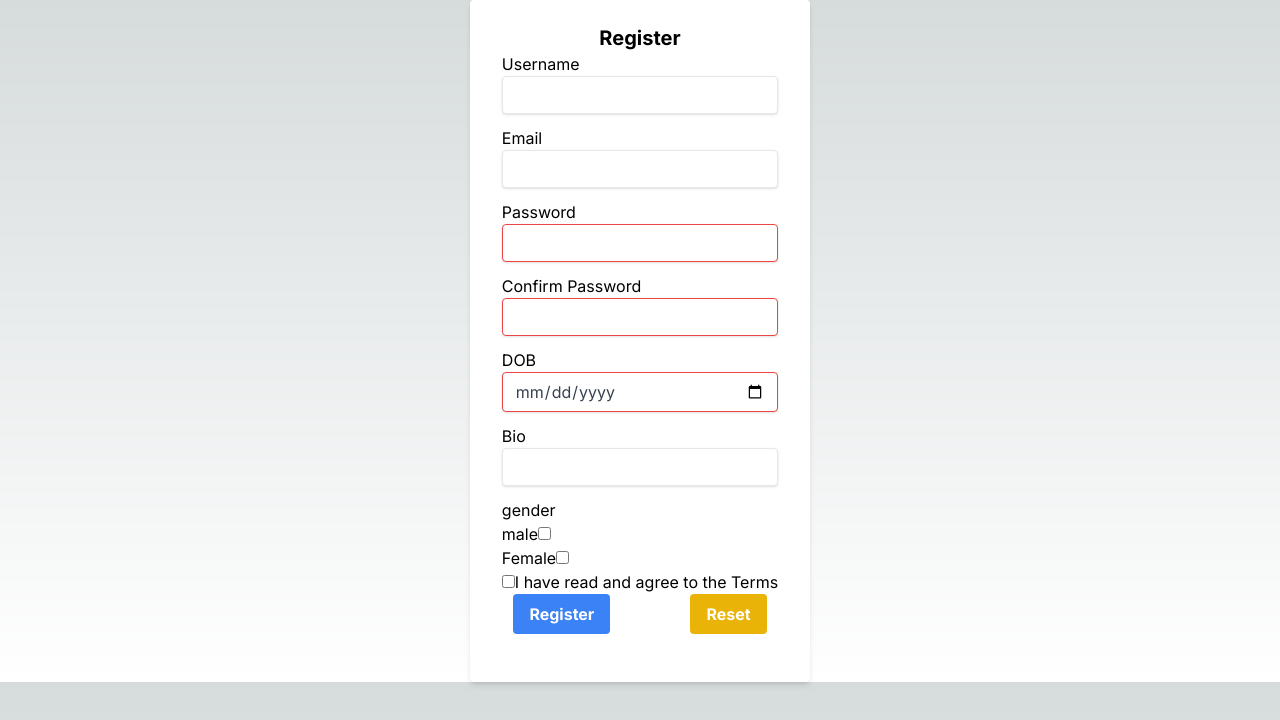
Repository: uh-sman/tiktok-card
Page: /
The author's editor kept a copy of each file at every save. The page is drawn from the files as they stood at one save, then again after the next save.
The browser window is 1280 px wide. The pictures show the whole page.
The project was rebuilt for these pictures with package versions that can differ from the ones it lists, and the page was loaded fresh each time. The framework's server and built-in components were replaced by stand-ins that run in the browser. Also part of the build but not shown: next.config.js.

Above is the page before, as saved 2023-12-19 14:25:06.

### app/page.tsx
'use client'
// import Input from "./components/Input";
import { FieldValues, SubmitHandler, useForm } from "react-hook-form";
import AuthForm from "./components/AuthForm";
type FormValues = {
  name: string,
      email: string,
      password: string,
      confirmPassword: string,
      DateOfBirth: string,
      Bio: string,
      gender: string,
      termsAndConditions: string
}

export default function Home() {
  return (
    <div>
      <AuthForm />
    </div>
  )
}



{/* <form class="max-w-sm mx-auto">
  <div class="mb-5">
    <label for="email" class="block mb-2 text-sm font-medium text-gray-900 dark:text-white">Your email</label>
    <input type="email" id="email" class="bg-gray-50 border border-gray-300 text-gray-900 text-sm rounded-lg focus:ring-blue-500 focus:border-blue-500 block w-full p-2.5 dark:bg-gray-700 dark:border-gray-600 dark:placeholder-gray-400 dark:text-white dark:focus:ring-blue-500 dark:focus:border-blue-500" placeholder="name@flowbite.com" required>
  </div>
  <div class="mb-5">
    <label for="password" class="block mb-2 text-sm font-medium text-gray-900 dark:text-white">Your password</label>
    <input type="password" id="password" class="bg-gray-50 border border-gray-300 text-gray-900 text-sm rounded-lg focus:ring-blue-500 focus:border-blue-500 block w-full p-2.5 dark:bg-gray-700 dark:border-gray-600 dark:placeholder-gray-400 dark:text-white dark:focus:ring-blue-500 dark:focus:border-blue-500" required>
  </div>
  <div class="flex items-start mb-5">
    <div class="flex items-center h-5">
      <input id="remember" type="checkbox" value="" class="w-4 h-4 border border-gray-300 rounded bg-gray-50 focus:ring-3 focus:ring-blue-300 dark:bg-gray-700 dark:border-gray-600 dark:focus:ring-blue-600 dark:ring-offset-gray-800 dark:focus:ring-offset-gray-800" required>
    </div>
    <label for="remember" class="ms-2 text-sm font-medium text-gray-900 dark:text-gray-300">Remember me</label>
  </div>
  <button type="submit" class="text-white bg-blue-700 hover:bg-blue-800 focus:ring-4 focus:outline-none focus:ring-blue-300 font-medium rounded-lg text-sm w-full sm:w-auto px-5 py-2.5 text-center dark:bg-blue-600 dark:hover:bg-blue-700 dark:focus:ring-blue-800">Submit</button>
</form> */}

### app/components/AuthForm.tsx
import React from "react";
import { useForm } from "react-hook-form";
// the type of data
type UserSubmitForm = {
    username: string;
    email: string;
    password: string;
    confirmPassword: string;
    acceptTerms: boolean;
    male:boolean;
    female:boolean;
    Bio:string;
    DateOfBirth: number
  };
const AuthForm: React.FC = () => {
    // using the useForm hook from the react-hook-form package
    const {register,handleSubmit, reset} = useForm<UserSubmitForm>()
    // the onSubmit handler
    const onSubmit = (data: UserSubmitForm) => {
        console.log(data)
    }
    return (
        <div className="flex justify-center">
            <div className="flex justify-center w-full max-w-xxl">
        <form className="bg-white h-full shadow-md rounded px-8 pt-6 pb-8 mb-4" onSubmit={handleSubmit(onSubmit)}>
        <h2 className="font-bold text-xl text-center">Register</h2>
          <div className="flex flex-col">
            <label>Username</label>
            <input
            className="shadow appearance-none border rounded w-full py-2 px-3 text-gray-700 mb-3 leading-tight focus:outline-none focus:shadow-outline"
              type="text"
            //   using the hook to handle form state
            {...register('username')}
            />
            <div className="invalid-feedback">
                </div>
          </div>

          <div className="flex flex-col">
            <label>Email</label>
            <input
            className="shadow appearance-none border rounded w-full py-2 px-3 text-gray-700 mb-3 leading-tight focus:outline-none focus:shadow-outline"
            type="text"
            {...register('email')}
            />
            <div className="invalid-feedback">
                </div>
          </div>

          <div className="flex flex-col">
            <label>Password</label>
            <input
            className="shadow appearance-none border border-red-500 rounded w-full py-2 px-3 text-gray-700 mb-3 leading-tight focus:outline-none focus:shadow-outline"
            type="password"
            {...register('password')}
            />
            <div className="invalid-feedback">
                </div>
          </div>
          <div className="flex flex-col">
            <label>Confirm Password</label>
            <input
            className="shadow appearance-none border border-red-500 rounded w-full py-2 px-3 text-gray-700 mb-3 leading-tight focus:outline-none focus:shadow-outline"
              type="password"
              {...register('confirmPassword')}
            />
            <div className="invalid-feedback">
            </div>
          </div>
          <div className="flex flex-col">
            <label>DOB</label>
            <input
            className="shadow appearance-none border border-red-500 rounded w-full py-2 px-3 text-gray-700 mb-3 leading-tight focus:outline-none focus:shadow-outline"
              type="date"
              {...register('DateOfBirth')}
            />
            <div className="invalid-feedback">
            </div>
          </div>
          <div className="flex flex-col">
            <label>Bio</label>
            <input
            className="shadow appearance-none border rounded w-full py-2 px-3 text-gray-700 mb-3 leading-tight focus:outline-none focus:shadow-outline"
            type="text"
            {...register('Bio')}
            />
            <div className="invalid-feedback">
            </div>
          </div>

          <div className="">
          <label htmlFor="gender" className="font-md">
              gender
            </label>
            <div className="">
                <label htmlFor="Male">male</label>
            <input
              type="checkbox"
              {...register('male')}
              />

            </div>
            <div className="">
                <label htmlFor="Female">Female</label>
            <input
              type="checkbox"
              {...register('female')}
              />
            </div>
            <div className="invalid-feedback">
                </div>
          </div>
          <div className="">
            <input
              type="checkbox"
              {...register('acceptTerms')}
              />
            <label htmlFor="acceptTerms" className="form-check-label">
              I have read and agree to the Terms
            </label>
            <div className="invalid-feedback">
                </div>
          </div>

          <div className="flex justify-center gap-20">
            <button type="submit" className="bg-blue-500 hover:bg-blue-700 text-white font-bold py-2 px-4 rounded focus:outline-none focus:shadow-outline">
              Register
            </button>
            <button
              type="button"
              onClick={() => reset()}
              className="bg-yellow-500 hover:bg-yellow-700 text-white font-bold py-2 px-4 rounded focus:outline-none focus:shadow-outline"
              >
              Reset
            </button>
          </div>
        </form>
        </div>
      </div>
    )
}

export default AuthForm;

Loaded but not shown: app/layout.tsx (common file); app/globals.css (common file); tailwind.config.ts (common file)

After the next save:
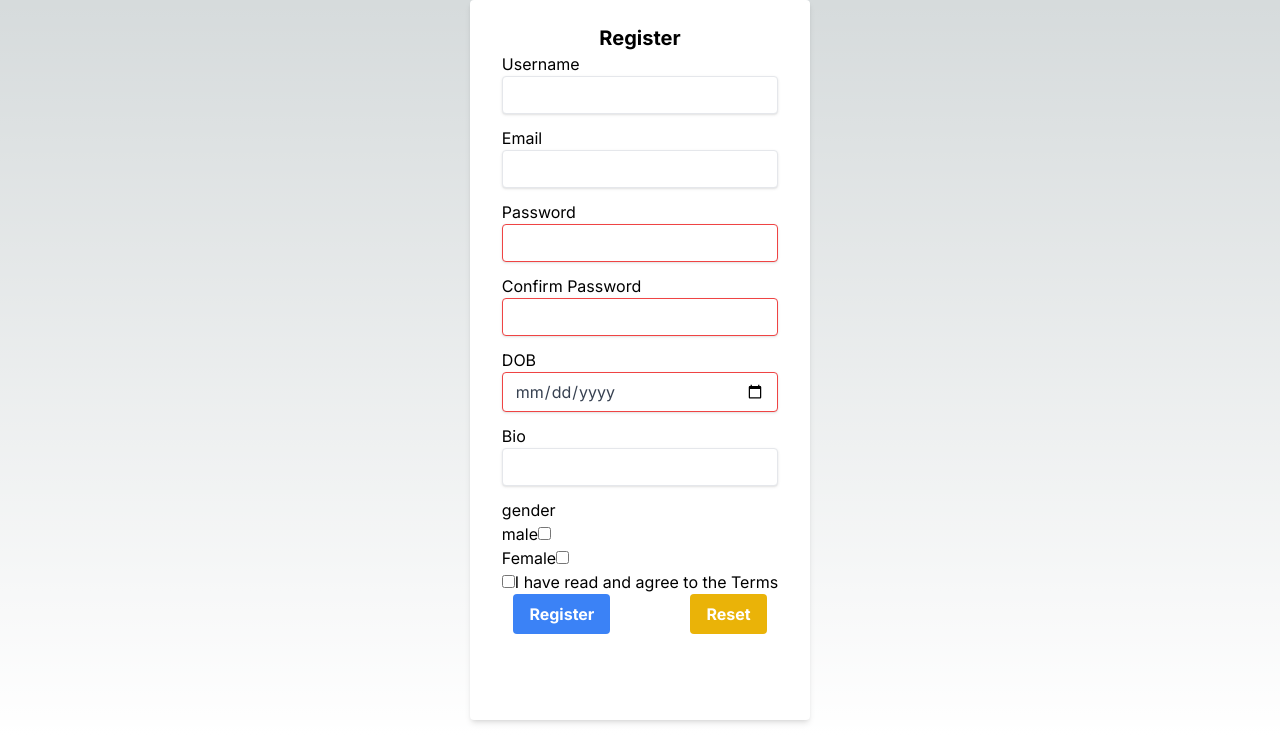
Saved 5 s later.
--- a/app/components/AuthForm.tsx
+++ b/app/components/AuthForm.tsx
@@ -22,7 +22,7 @@ const AuthForm: React.FC = () => {
     return (
         <div className="flex justify-center">
             <div className="flex justify-center w-full max-w-xxl">
-        <form className="bg-white h-full shadow-md rounded px-8 pt-6 pb-8 mb-4" onSubmit={handleSubmit(onSubmit)}>
+        <form className="bg-white h-screen shadow-md rounded px-8 pt-6 pb-8 mb-4" onSubmit={handleSubmit(onSubmit)}>
         <h2 className="font-bold text-xl text-center">Register</h2>
           <div className="flex flex-col">
             <label>Username</label>

After the save that followed:
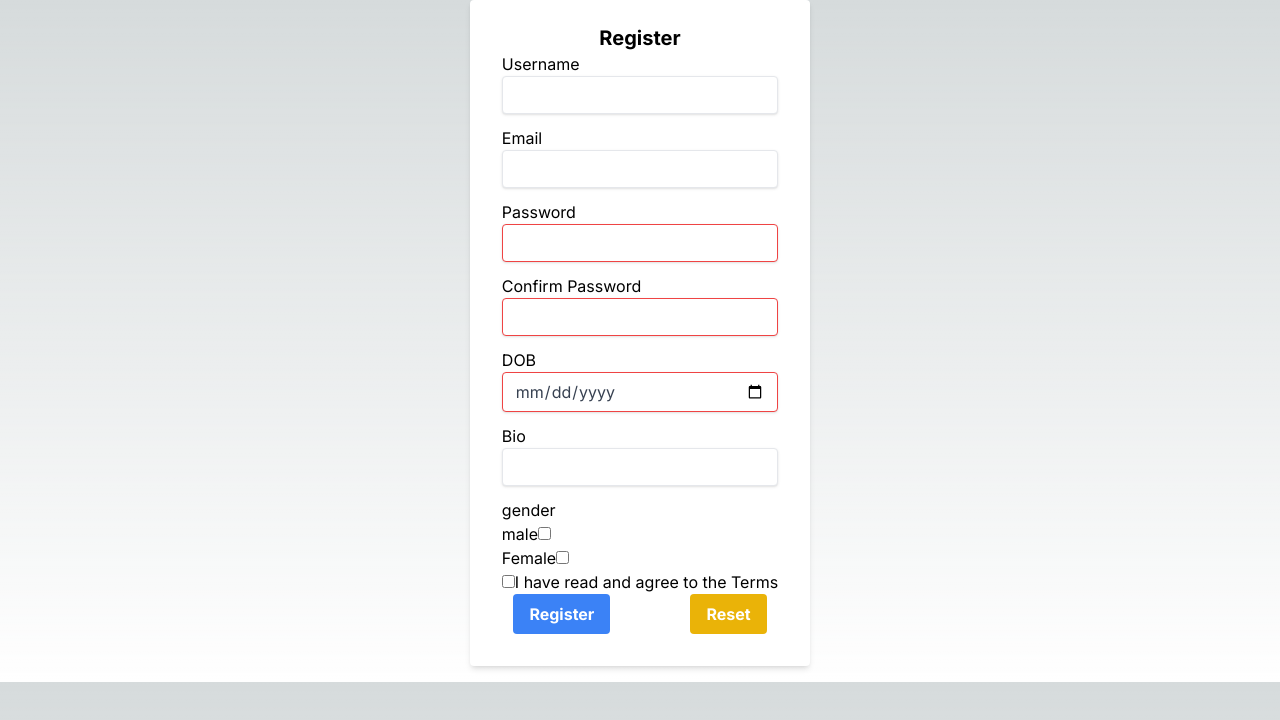
Saved 12 s later.
--- a/app/components/AuthForm.tsx
+++ b/app/components/AuthForm.tsx
@@ -22,7 +22,7 @@ const AuthForm: React.FC = () => {
     return (
         <div className="flex justify-center">
             <div className="flex justify-center w-full max-w-xxl">
-        <form className="bg-white h-screen shadow-md rounded px-8 pt-6 pb-8 mb-4" onSubmit={handleSubmit(onSubmit)}>
+        <form className="bg-white shadow-md rounded px-8 pt-6 pb-8 mb-4" onSubmit={handleSubmit(onSubmit)}>
         <h2 className="font-bold text-xl text-center">Register</h2>
           <div className="flex flex-col">
             <label>Username</label>
